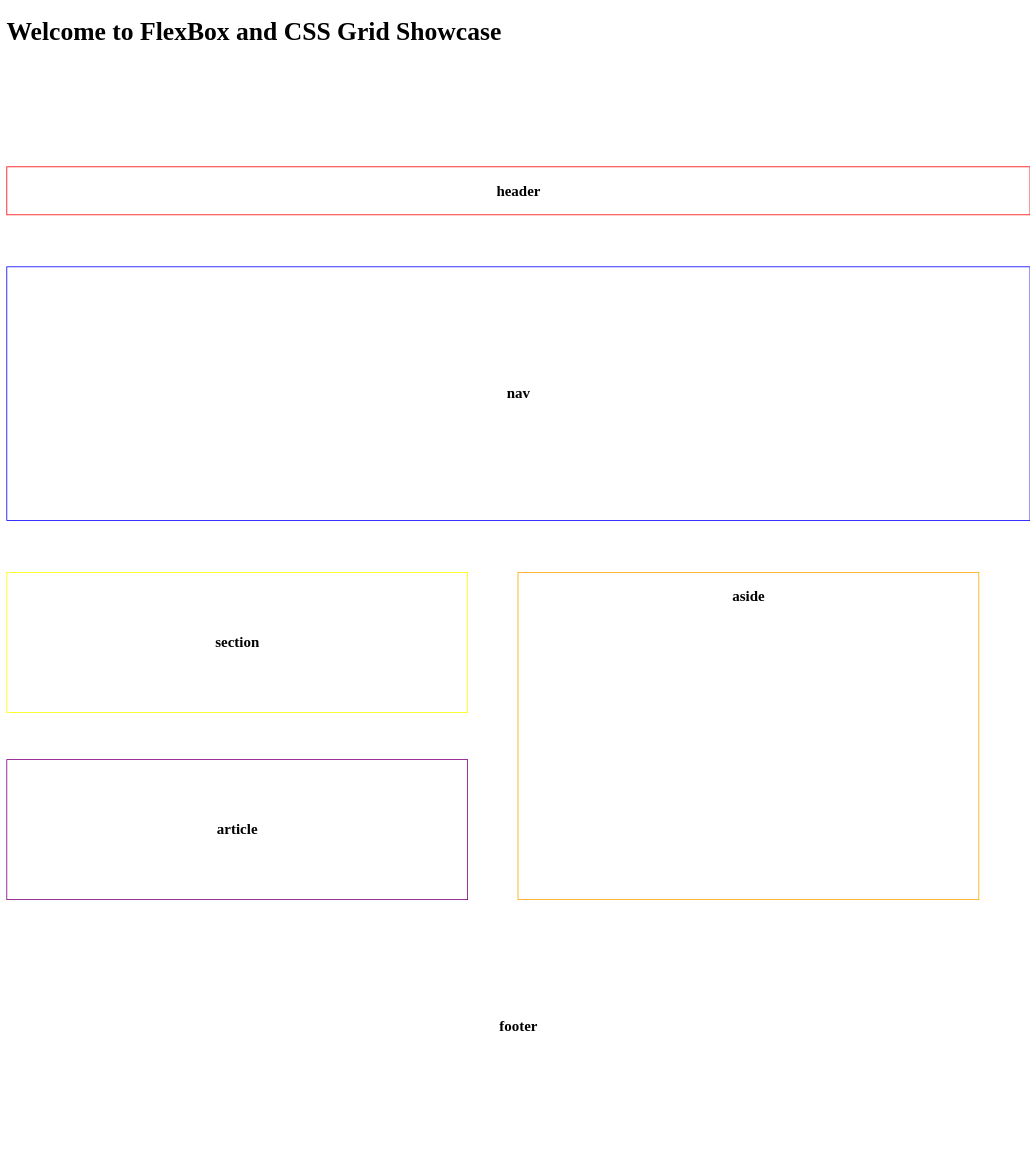
Repository: Awhit-commits/CSS_GRID_AND_FLEXBOX_LESSON
Page: index.html
An editor plug-in stored every save of this project. The page is shown before and after the next save, followed by the edit.
The browser window is 1280 px wide. The page is 1288 px wide, so the pictures cover 1288 px, including what lies to the right of the window. The pictures show the whole page, at 80% of full size.

Above is the page before, as saved 2020-12-21 18:38:03.

After the next save:
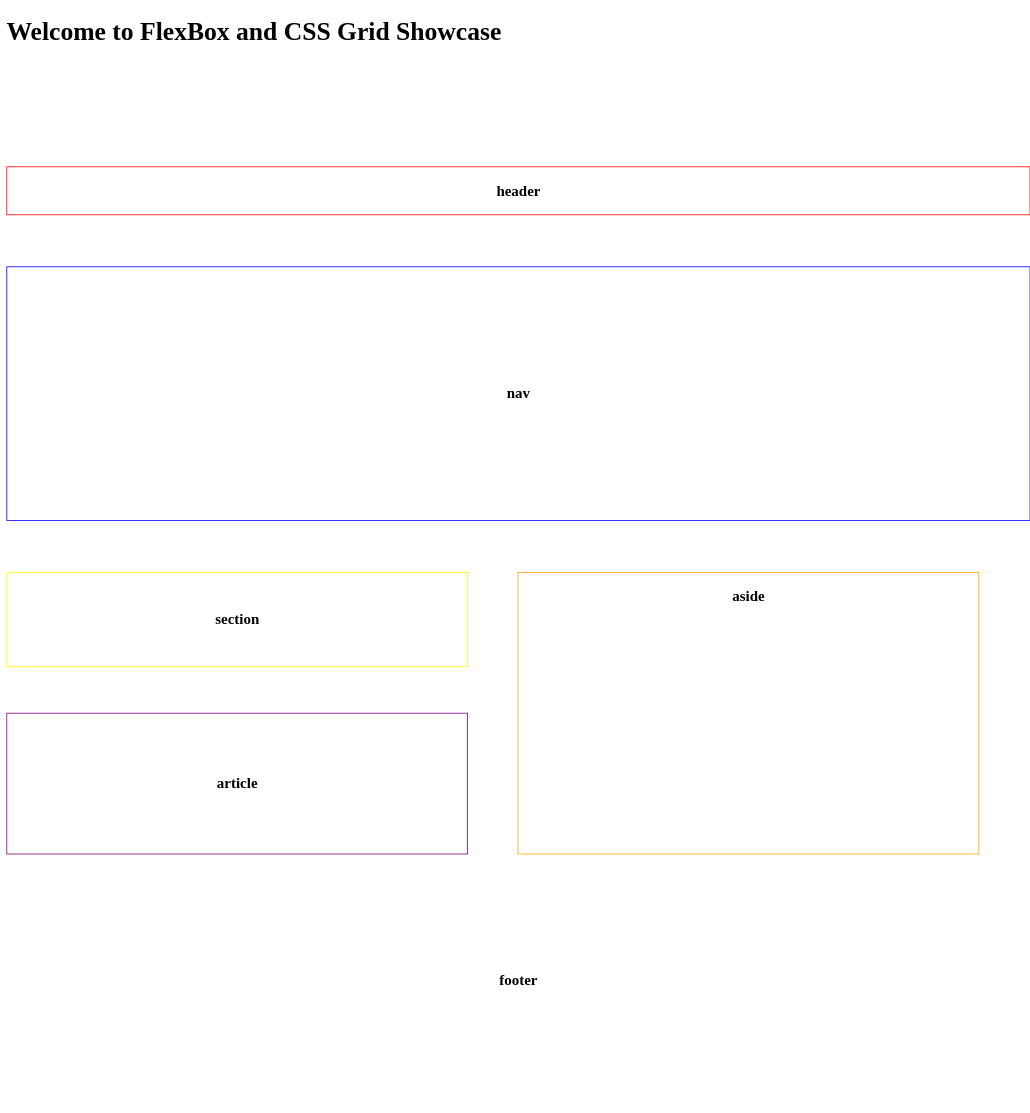
Saved 20 s later.
--- a/style.css
+++ b/style.css
@@ -74,7 +74,7 @@ body{
     width: 100%;
     border: 1px yellow solid;
     margin-bottom: 10%;
-    padding: 10% 0;
+    padding: 5% 0;
 }
 
 .footer{
